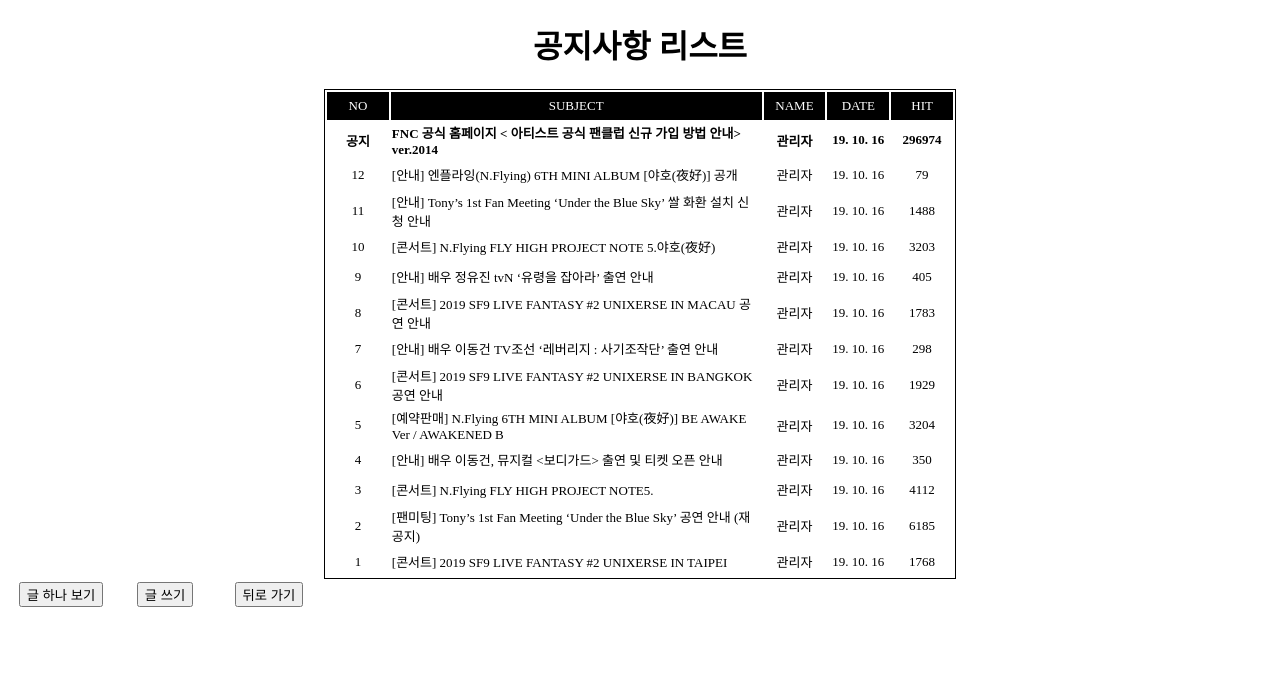
Repository: lbj0314/webTest
Page: Html_ex1/WebContent/notice/noticeList.html
An editor plug-in stored every save of this project. The page is shown before and after the next save, followed by the edit.
The browser window is 1280 px wide. The pictures show the whole page.

Above is the page before, as saved 2019-10-16 07:52:02.

After the next save:
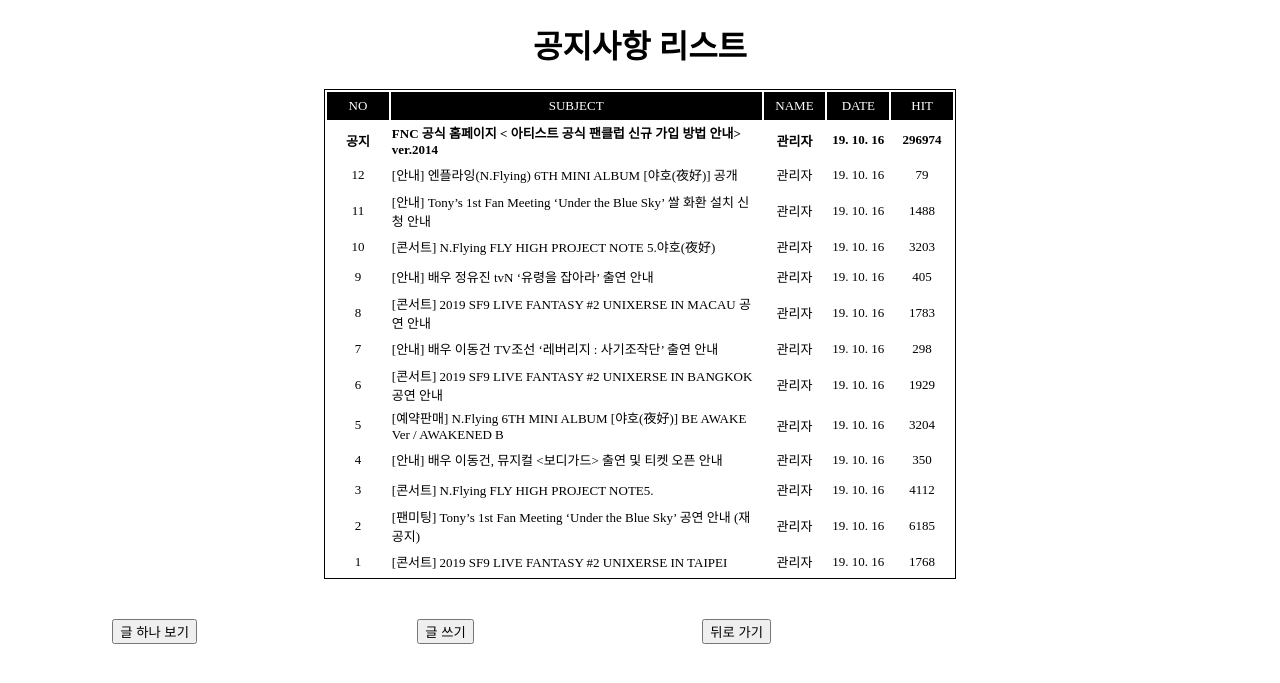
Saved 15 s later.
--- a/Html_ex1/WebContent/notice/noticeList.html
+++ b/Html_ex1/WebContent/notice/noticeList.html
@@ -41,7 +41,7 @@ td {
 	margin: 0 auto;
 }
 .td3{
-	width: 100px;
+	height: 100px;
 	margin: 0 auto;
 
 }
